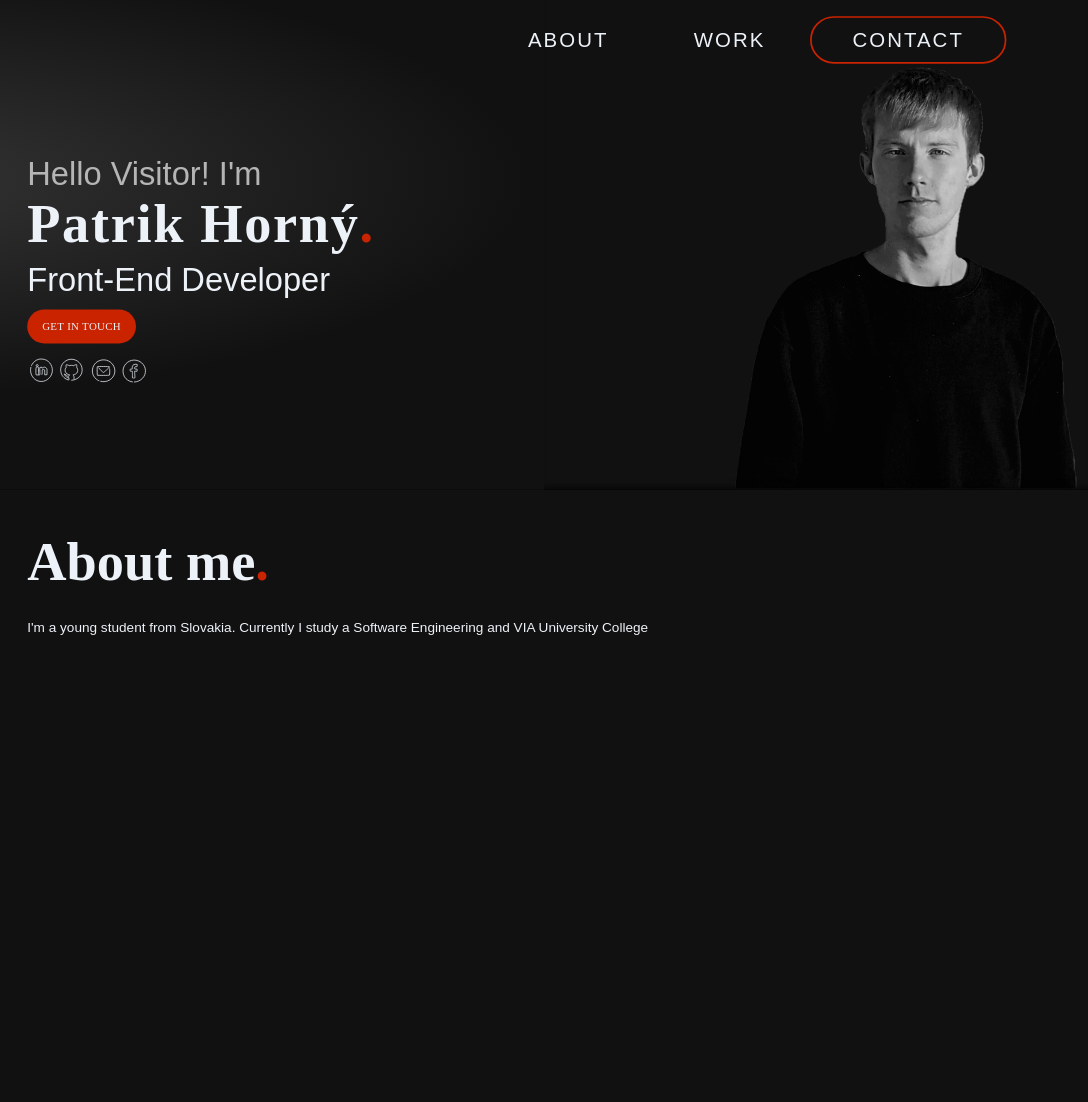
Repository: Spreceriany/portfolio
Page: index.html
An editor plug-in stored every save of this project. The page is shown before and after the next save, followed by the edit.
The browser window is 1280 px wide. The pictures show the whole page, at 85% of full size.
Some web fonts or font styles are not loaded; a fallback is used. The style sheet was rebuilt from its Sass, Less or Tailwind sources for each picture, by a compiler version that may differ from the author's.

Above is the page before, as saved 2021-03-08 12:17:48.

After the next save:
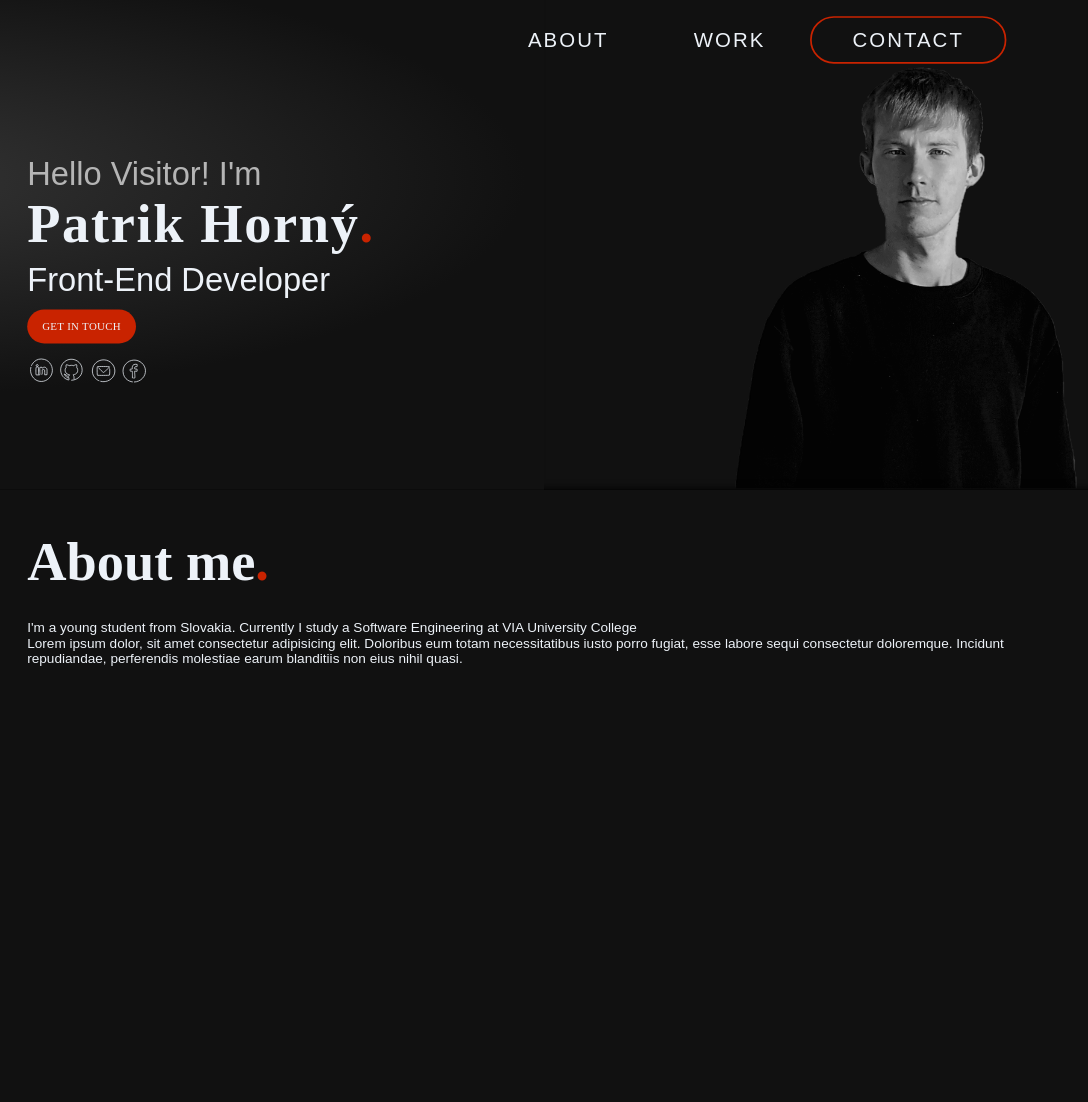
Saved 89 s later.
--- a/index.html
+++ b/index.html
@@ -61,7 +61,8 @@
             </div>
 
             <div class="about__right-col">
-                <p>I'm a young student from Slovakia. Currently I study a Software Engineering and VIA University College</p>
+                <p>I'm a young student from Slovakia. Currently I study a Software Engineering at VIA University College</p>
+                <p>Lorem ipsum dolor, sit amet consectetur adipisicing elit. Doloribus eum totam necessitatibus iusto porro fugiat, esse labore sequi consectetur doloremque. Incidunt repudiandae, perferendis molestiae earum blanditiis non eius nihil quasi.</p>
             </div>
         </section>
     </main>
